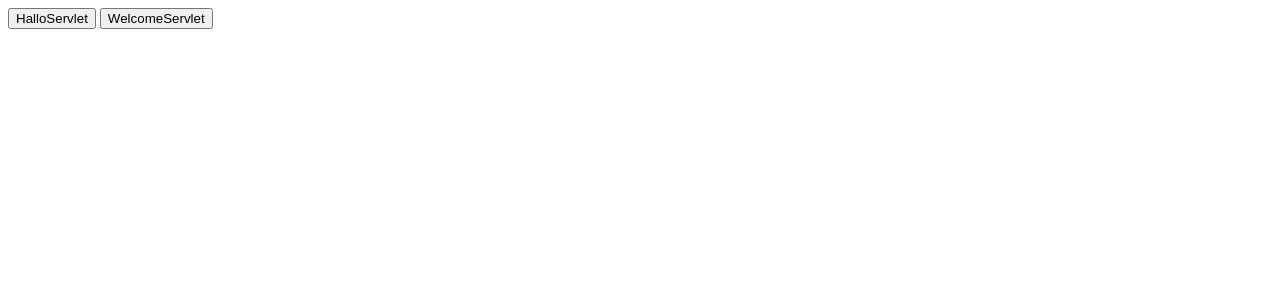
Repository: KeisukeNakamura038/test
Page: http://localhost/HelloServlet/
These files come from the project's save history. The page is drawn as it stood at one moment and after the next save; the edit follows.
The browser window is 1280 px wide. The pictures show the whole page.
The page is served by Tomcat 9.

Above is the page before, as saved 2019-10-30 05:23:40.

After the next save:
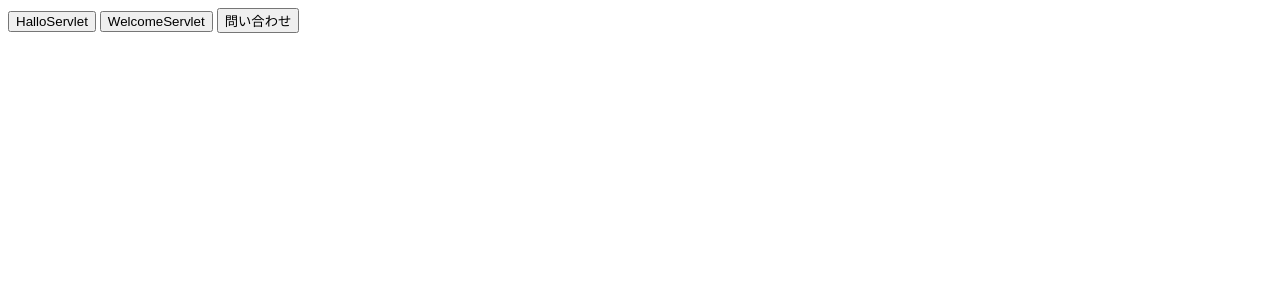
Saved 2 min 29 s later.
--- a/HelloServlet/WebContent/index.jsp
+++ b/HelloServlet/WebContent/index.jsp
@@ -9,6 +9,6 @@
 <body>
 <input type="button" value="HalloServlet" onClick="location.href='HelloServlet'">
 <input type="button" value="WelcomeServlet" onClick="location.href='welcome.jsp'">
-<input type="button" value="問い合わせ
+<input type="button" value="問い合わせ" onClick="location.href='inquiry.jsp'">
 </body>
 </html>
